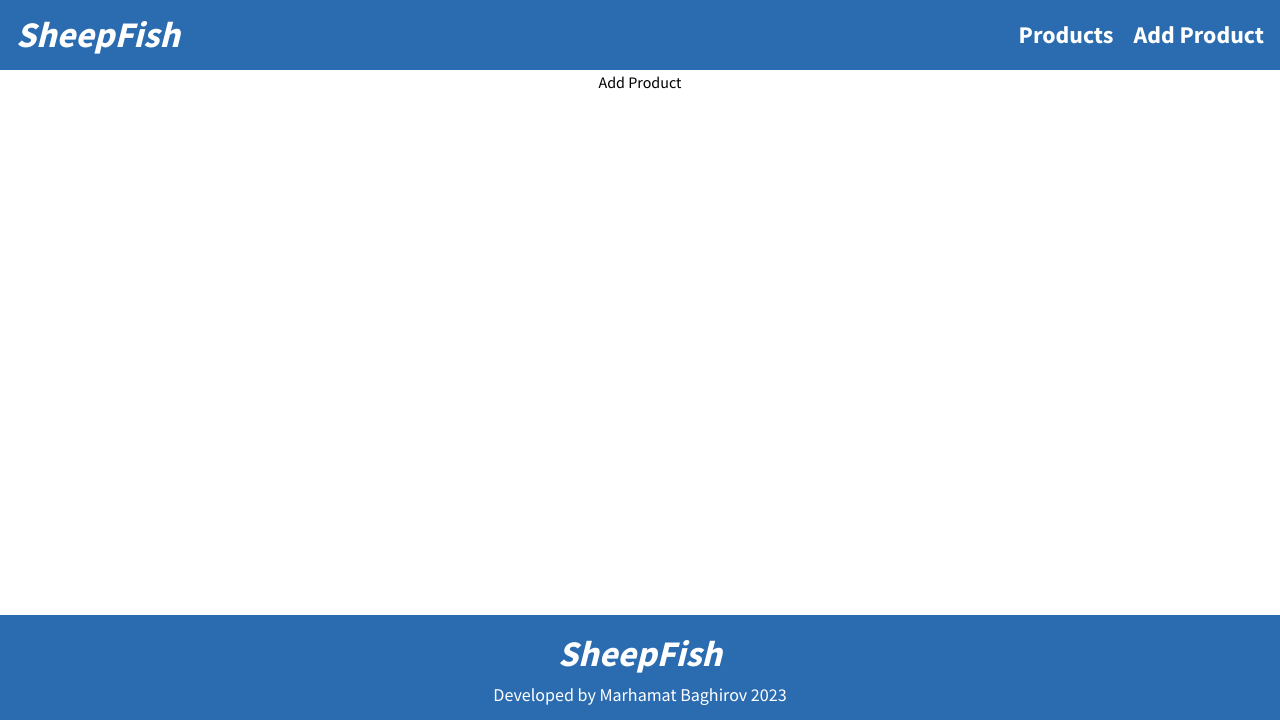
Repository: Marhamat92/sheep-fish-task
Page: /products/add
The author's editor kept a copy of each file at every save. The page is drawn from the files as they stood at one save, then again after the next save.
The browser window is 1280 px wide. The pictures show the whole page.
The project was rebuilt for these pictures with package versions that can differ from the ones it lists, and the page was loaded fresh each time. Also part of the build but not shown: src/App.css, src/components/SearchField.tsx, src/components/ListTable.tsx, src/pages/Products/ProductList.tsx.

Above is the page before, as saved 2023-03-28 19:37:50.

After the next save:
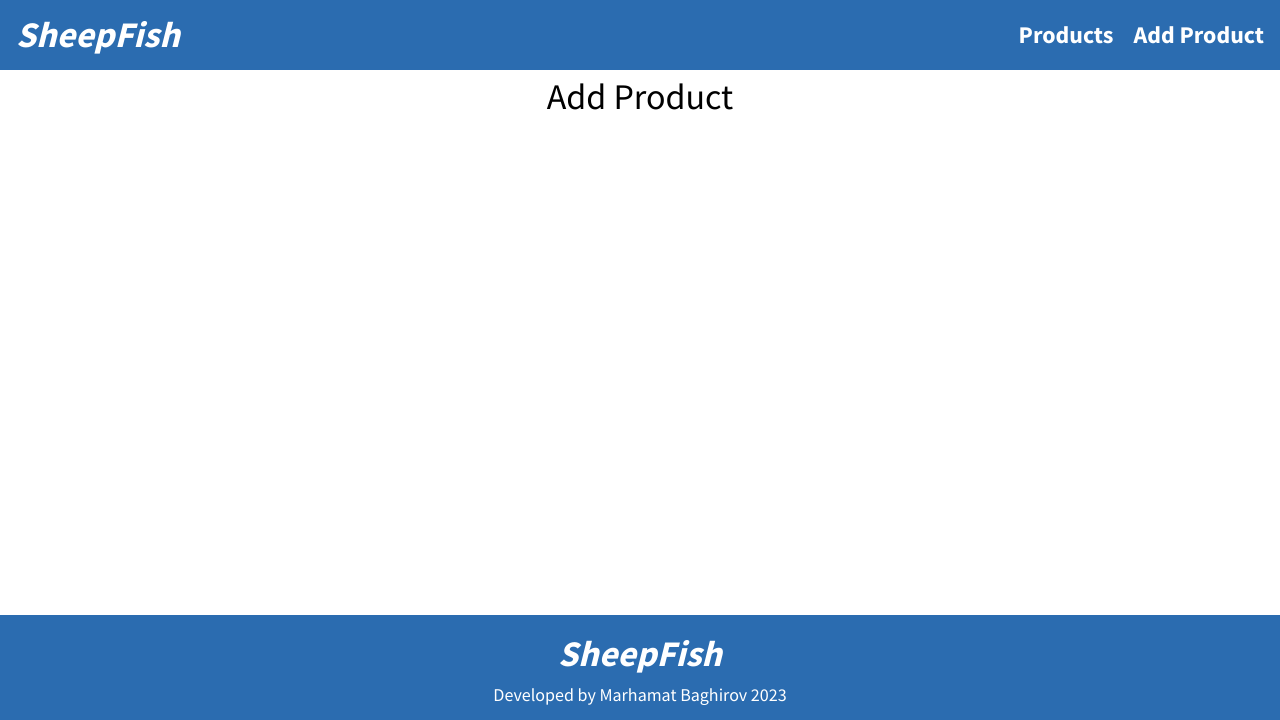
Saved 10 s later.
--- a/src/pages/Products/AddProduct.tsx
+++ b/src/pages/Products/AddProduct.tsx
@@ -6,7 +6,7 @@
   return (
     <div>
       <div className='flex items-center justify-center'>
-        <h1>Add Product</h1>
+        <h1 className='text-4xl'>Add Product</h1>
       </div>
     </div>
   );
